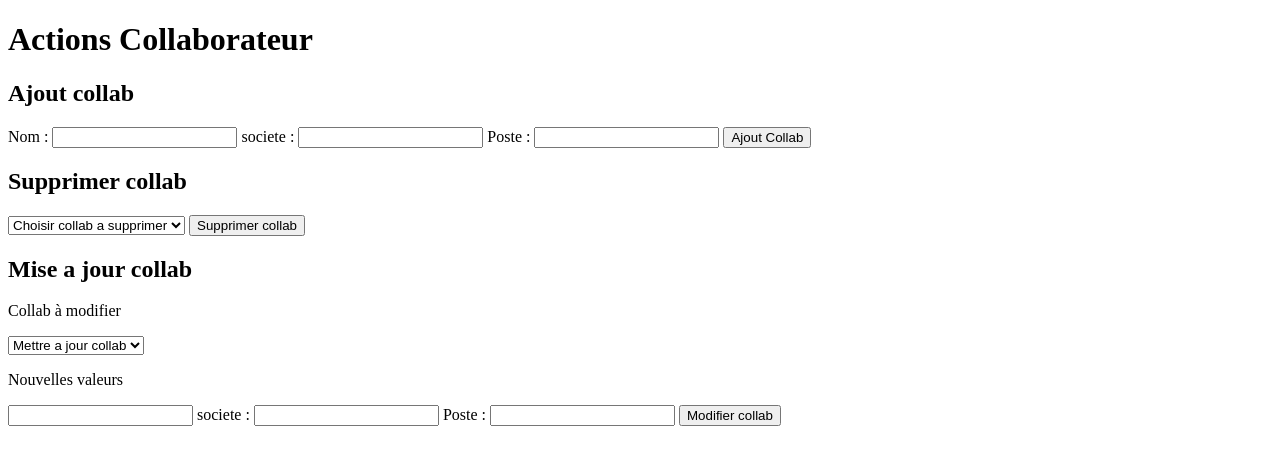
Repository: Shakibaei-2020/CRA_JEE_FINAL
Page: http://localhost/jee_crainfocom/WEB-INF/accueil.jsp
An editor plug-in stored every save of this project. The page is shown before and after the next save, followed by the edit.
The browser window is 1280 px wide. The pictures show the whole page.
The page is served by Tomcat 9. Nobody is signed in. The template is opened directly, without the code that normally fills it, so the values that code supplies are empty.

Above is the page before, as saved 2021-03-25 14:16:18.

After the next save:
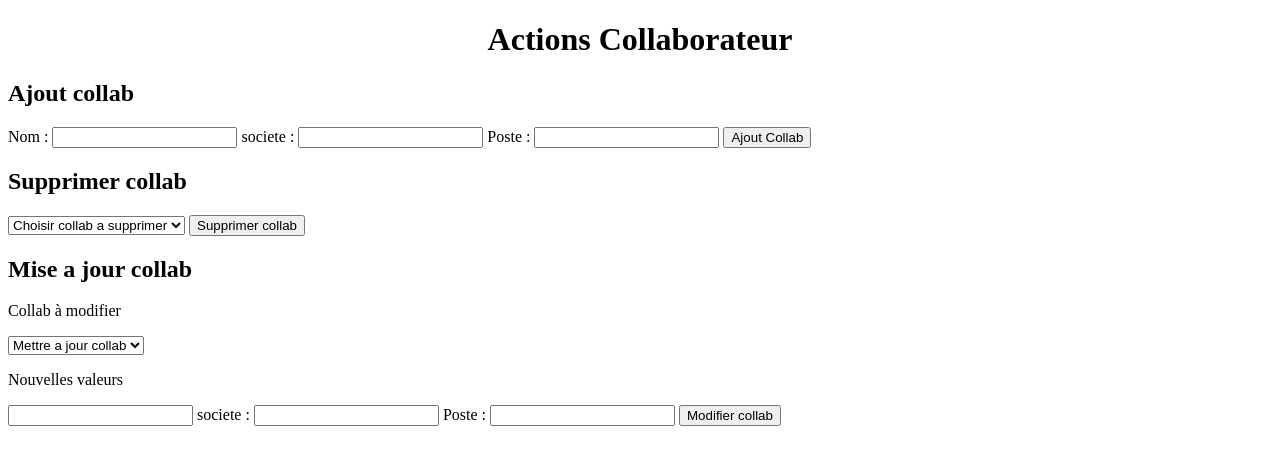
Saved 11 s later.
--- a/CRA_JEE_FINAL/CRA_JEE_FINAL/jee_crainfocom/src/main/webapp/WEB-INF/accueil.jsp
+++ b/CRA_JEE_FINAL/CRA_JEE_FINAL/jee_crainfocom/src/main/webapp/WEB-INF/accueil.jsp
@@ -7,7 +7,7 @@
 <title>Insert title here</title>
 </head>
 <body>
-<h1>Actions Collaborateur</h1>
+<center><h1>Actions Collaborateur</h1></center>
 
 <h2>Ajout collab</h2>
  <form method="post" action="accueil">
